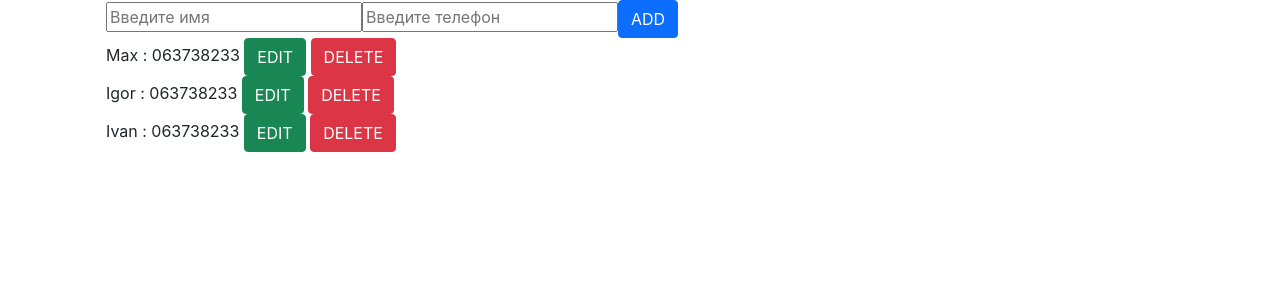
Repository: tsydikov/phone_book
Page: /
These files come from the project's save history. The page is drawn as it stood at one moment and after the next save; the edit follows.
The browser window is 1280 px wide. The pictures show the whole page.
The project was rebuilt for these pictures with package versions that can differ from the ones it lists, and the page was loaded fresh each time. Also part of the build but not shown: src/App.css, src/components/Update.jsx.

Above is the page before, as saved 2021-10-07 22:07:23.

After the next save:
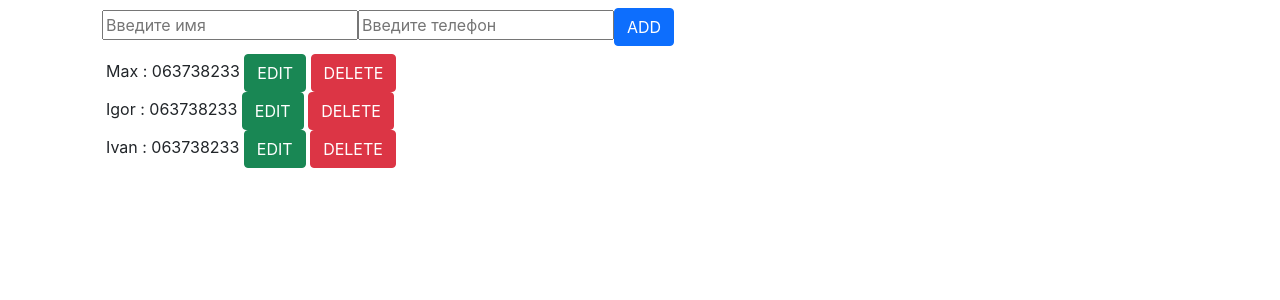
Saved 2 min 57 s later.
--- a/src/App.js
+++ b/src/App.js
@@ -8,7 +8,7 @@ function App() {
   return (
     <Container>
       <Row>
-        <Col>
+        <Col className="p-2">
           <Form />
         </Col>
       </Row>
